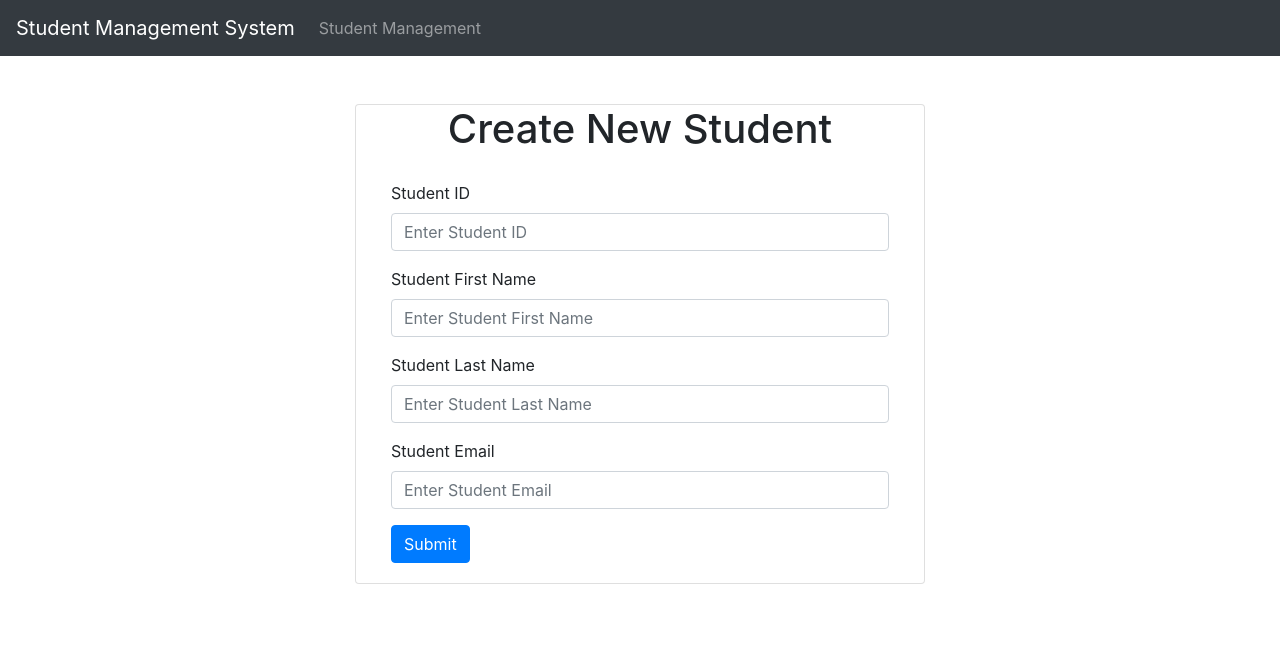
Repository: Luckysenapati/student-management-system
Page: http://localhost/create_student
The author's editor kept a copy of each file at every save. The page is drawn from the files as they stood at one save, then again after the next save.
The browser window is 1280 px wide. The pictures show the whole page.
The page is this project's Thymeleaf template; nobody is signed in. The template is opened directly, without the code that normally fills it, so the values that code supplies are empty.

Above is the page before, as saved 2024-12-22 15:50:56.

After the next save:
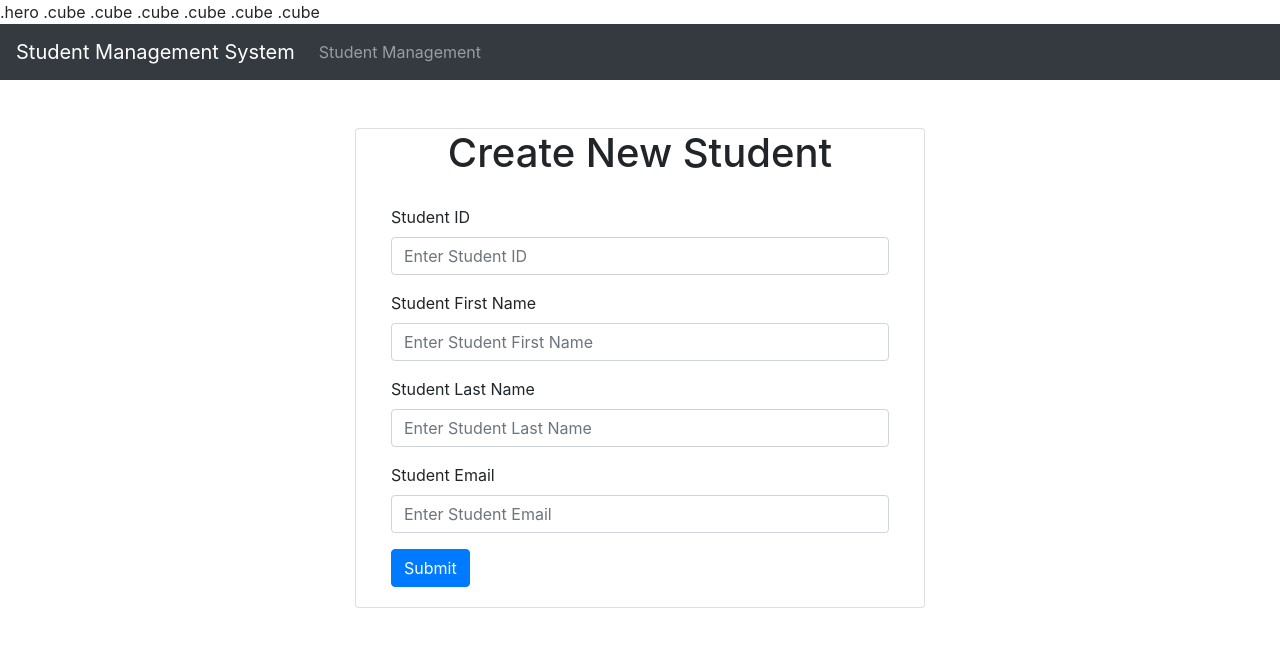
Saved 2 min 15 s later.
--- a/springboot project Gr11/student-management-system/src/main/resources/templates/create_student.html
+++ b/springboot project Gr11/student-management-system/src/main/resources/templates/create_student.html
@@ -8,10 +8,92 @@
 	integrity="sha384-Gn5384xqQ1aoWXA+058RXPxPg6fy4IWvTNh0E263XmFcJlSAwiGgFAW/dAiS6JXm"
 	crossorigin="anonymous">
 	<style>
+		@import url('https://fonts.googleapis.com/css?family=Montserrat:700');
 
+		.hero {
+		  background-color: #0040C1;
+		  position: relative;
+		  height: 100vh;
+		  overflow: hidden;
+		  font-family: 'Montserrat', sans-serif;
+		}
+
+		.hero__title {
+		  color: #fff;
+		  position: absolute;
+		  top: 50%;
+		  left: 50%;
+		  transform: translate(-50%, -50%);
+		  font-size: 50px;
+		  z-index: 1;
+		}
+
+		.cube {
+		  position: absolute;
+		  top: 80vh;
+		  left: 45vw;
+		  width: 10px;
+		  height: 10px;
+		  border: solid 1px darken(#0040C1, 8%);
+		  transform-origin: top left;
+		  transform: scale(0) rotate(0deg) translate(-50%, -50%);
+		  animation: cube 12s ease-in forwards infinite;
+
+		  &:nth-child(2n) {
+		    border-color: lighten(#0040C1, 10%);
+		  }
+
+		  &:nth-child(2) {
+		    animation-delay: 2s;
+		    left: 25vw;
+		    top: 40vh;
+		  }
+
+		  &:nth-child(3) {
+		    animation-delay: 4s;
+		    left: 75vw;
+		    top: 50vh;
+		  }
+
+		  &:nth-child(4) {
+		    animation-delay: 6s;
+		    left: 90vw;
+		    top: 10vh;
+		  }
+
+		  &:nth-child(5) {
+		    animation-delay: 8s;
+		    left: 10vw;
+		    top: 85vh;
+		  }
+
+		  &:nth-child(6) {
+		    animation-delay: 10s;
+		    left: 50vw;
+		    top: 10vh;
+		  }
+		}
+
+		@keyframes cube {
+		  from {
+		    transform: scale(0) rotate(0deg) translate(-50%, -50%);
+		    opacity: 1;
+		  }
+		  to {
+		    transform: scale(20) rotate(960deg) translate(-50%, -50%);
+		    opacity: 0;
+		  }
+		}
 	</style>
 </head>
 <body>
+	.hero
+	  .cube
+	  .cube
+	  .cube
+	  .cube
+	  .cube
+	  .cube
 
 <nav class="navbar navbar-expand-md bg-dark navbar-dark">
   <!-- Brand -->
